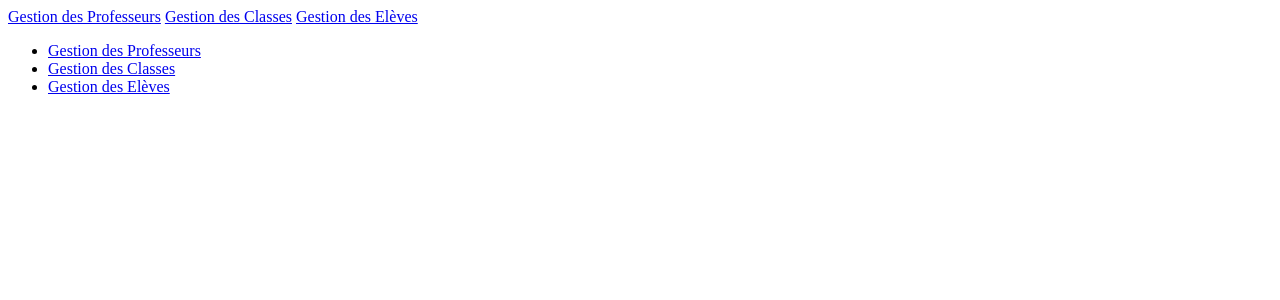
Repository: teddyruppin/GitFormateur
Page: http://localhost/fragments/header
These files come from the project's save history. The page is drawn as it stood at one moment and after the next save; the edit follows.
The browser window is 1280 px wide. The pictures show the whole page.
The page is this project's Thymeleaf template; nobody is signed in. The template is opened directly, without the code that normally fills it, so the values that code supplies are empty.

Above is the page before, as saved 2020-01-15 10:33:11.

After the next save:
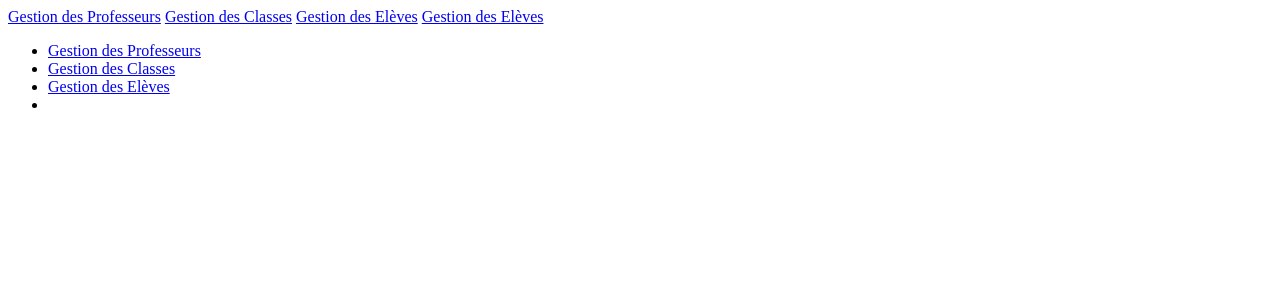
Saved 2 min 55 s later.
--- a/src/projpoo1/ProjetSpringBootEcole/src/main/resources/templates/fragments/header.html
+++ b/src/projpoo1/ProjetSpringBootEcole/src/main/resources/templates/fragments/header.html
@@ -14,6 +14,8 @@
             th:text="'Gestion des Classes'"></a>
              <a	class="navbar-brand" th:href="@{/afficherCreerEleve}"
             th:text="'Gestion des Elèves'"></a>
+             <a	class="navbar-brand" th:href="@{/afficherCreerMatiere}"
+            th:text="'Gestion des Elèves'"></a></li>
 
           </div>
           <div class="navbar-collapse collapse">
@@ -27,6 +29,8 @@
             <li class="active">
               <a	class="navbar-brand" th:href="@{/afficherCreerEleve}"
             th:text="'Gestion des Elèves'"></a></li>
+            <li class="active">
+
             </ul>
           </div>
         </div>
